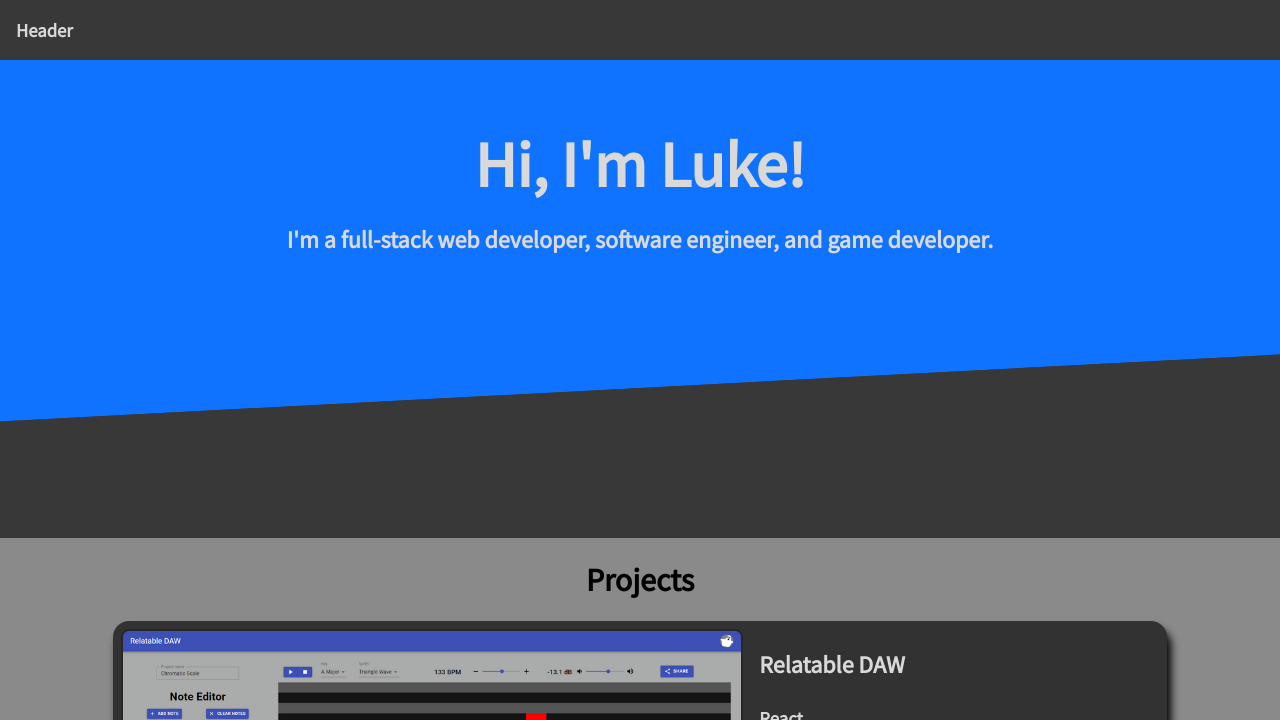
Repository: lbodwell/Personal-Website
Page: index.html
An editor plug-in stored every save of this project. The page is shown before and after the next save, followed by the edit.
The browser window is 1280 px wide. The pictures show the whole page.
An inner scrolling area shows only its first screen.

Above is the page before, as saved 2022-04-04 19:39:30.

After the next save:
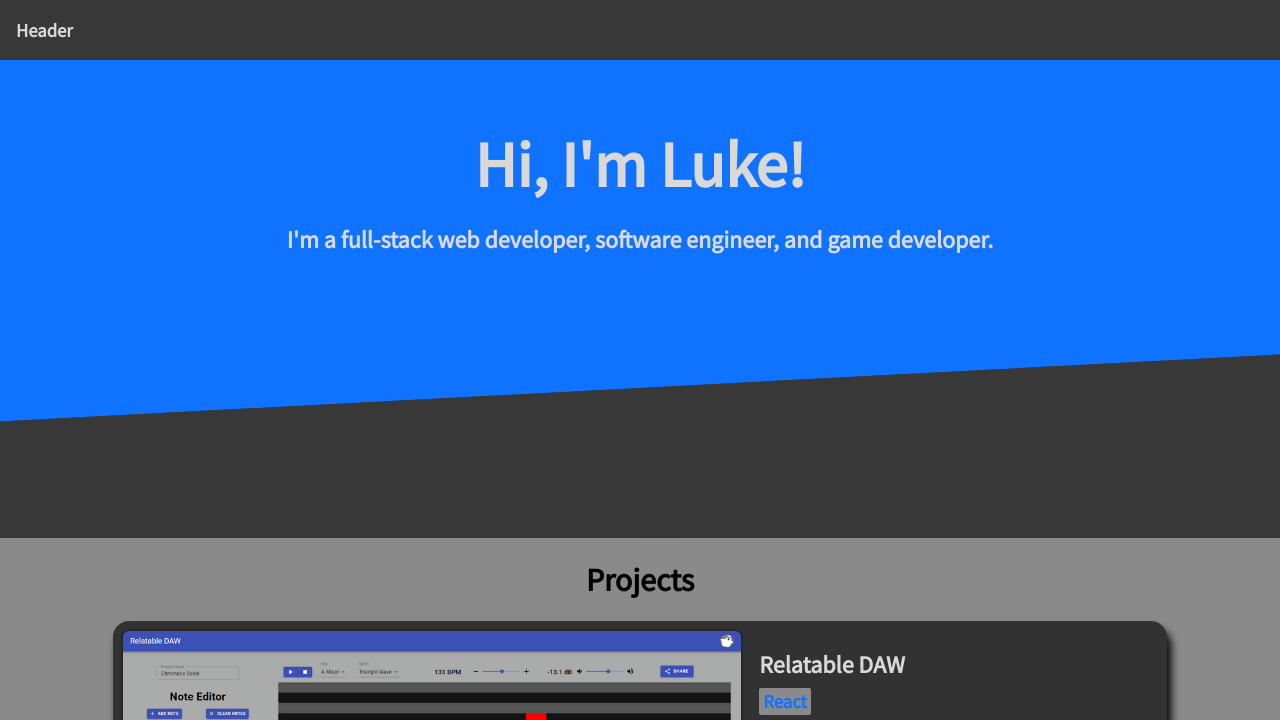
Saved 8 s later.
--- a/styles.css
+++ b/styles.css
@@ -120,7 +120,7 @@ content {
     margin: 8px 0;
 }
 
-.project-tag > p {
+.project-tag > h3 {
     margin: 0;
     padding: 2px 4px;
     color: #0f73ff;
